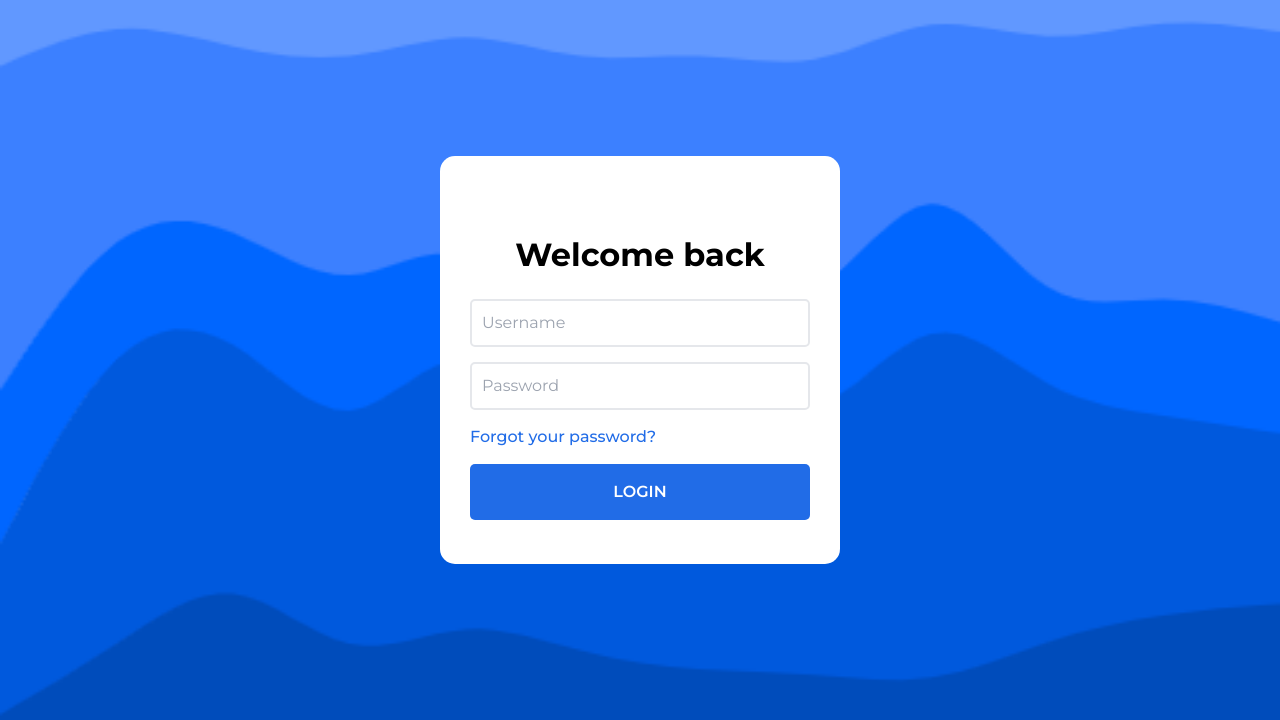
Repository: SatohJiro/CourseSale
Page: /
These files come from the project's save history. The page is drawn as it stood at one moment and after the next save; the edit follows.
The browser window is 1280 px wide. The pictures show the whole page.
The project was rebuilt for these pictures with package versions that can differ from the ones it lists, and the page was loaded fresh each time. Also part of the build but not shown: src/pages/Courses/index.js.

Above is the page before, as saved 2022-12-05 11:25:56.

After the next save:
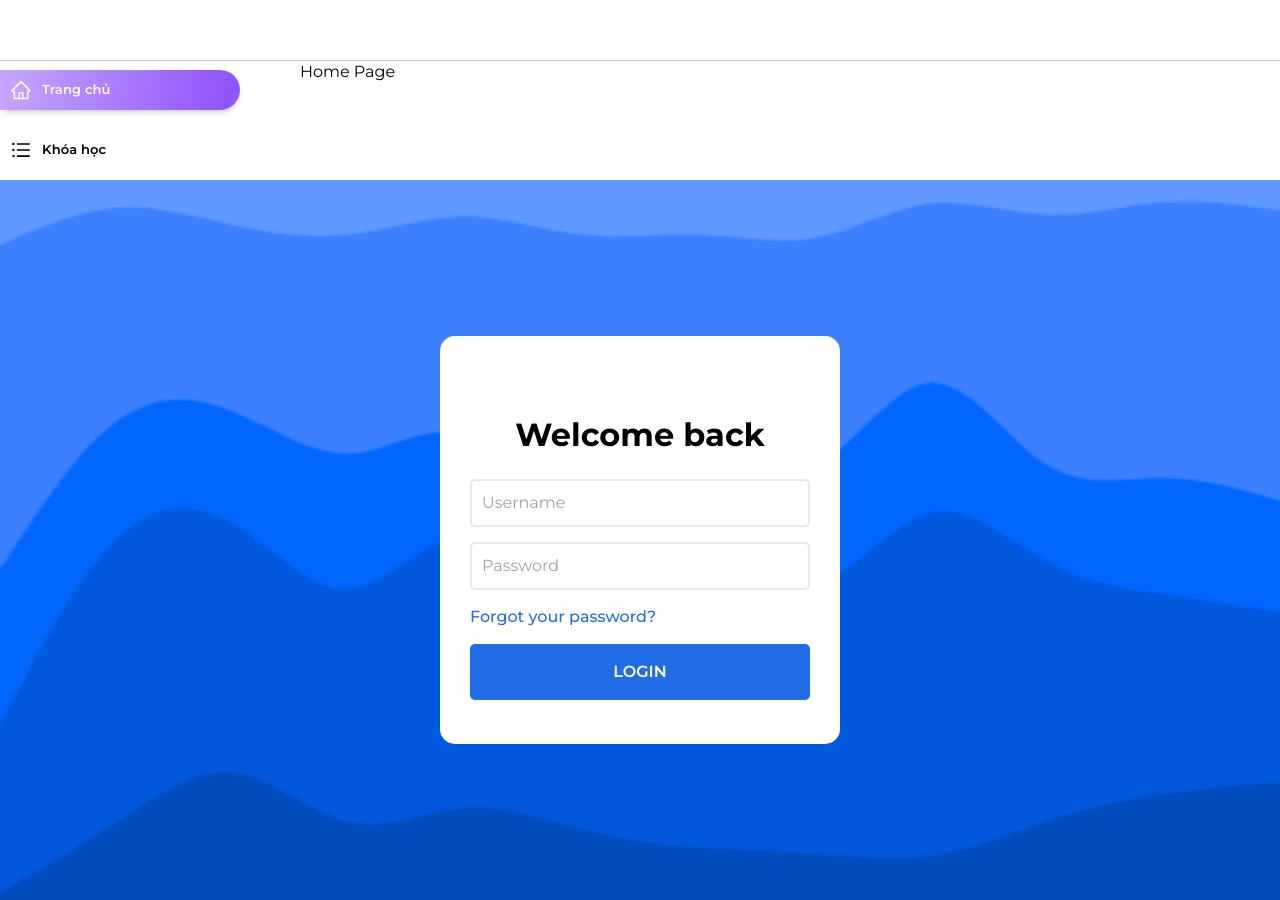
Saved 4 min 1 s later.
--- a/src/App.js
+++ b/src/App.js
@@ -6,33 +6,35 @@ import Login from "./pages/Login/Login";
 
 function App() {
   return (
-    // <Router>
-    //   <div className="App">
-    //     <Routes>
-    //       {publicRoutes.map((route, index) => {
-    //         let Layout = DefaultLayout;
-    //         if (route.layout) {
-    //           Layout = route.layout;
-    //         } else if (route.layout === null) {
-    //           Layout = Fragment;
-    //         }
-    //         const Page = route.component;
-    //         return (
-    //           <Route
-    //             key={index}
-    //             path={route.path}
-    //             element={
-    //               <Layout>
-    //                 <Page />
-    //               </Layout>
-    //             }
-    //           />
-    //         );
-    //       })}
-    //     </Routes>
-    //   </div>
-    // </Router>
-    <Login></Login>
+    <>
+      <Router>
+        <div className="App">
+          <Routes>
+            {publicRoutes.map((route, index) => {
+              let Layout = DefaultLayout;
+              if (route.layout) {
+                Layout = route.layout;
+              } else if (route.layout === null) {
+                Layout = Fragment;
+              }
+              const Page = route.component;
+              return (
+                <Route
+                  key={index}
+                  path={route.path}
+                  element={
+                    <Layout>
+                      <Page />
+                    </Layout>
+                  }
+                />
+              );
+            })}
+          </Routes>
+        </div>
+      </Router>
+      <Login></Login>
+    </>
   );
 }
 
